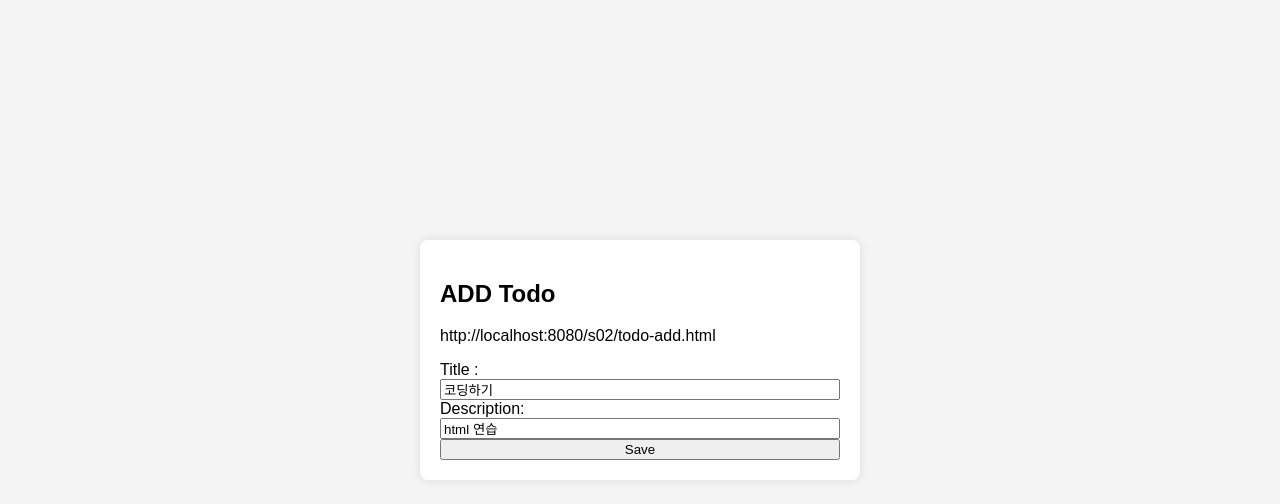
Repository: kimmingyeong225/totalJSP
Page: class_servlet_02/src/main/webapp/todo-add.html
These files come from the project's save history. The page is drawn as it stood at one moment and after the next save; the edit follows.
The browser window is 1280 px wide. The pictures show the whole page.

Above is the page before, as saved 2024-07-01 06:12:32.

After the next save:
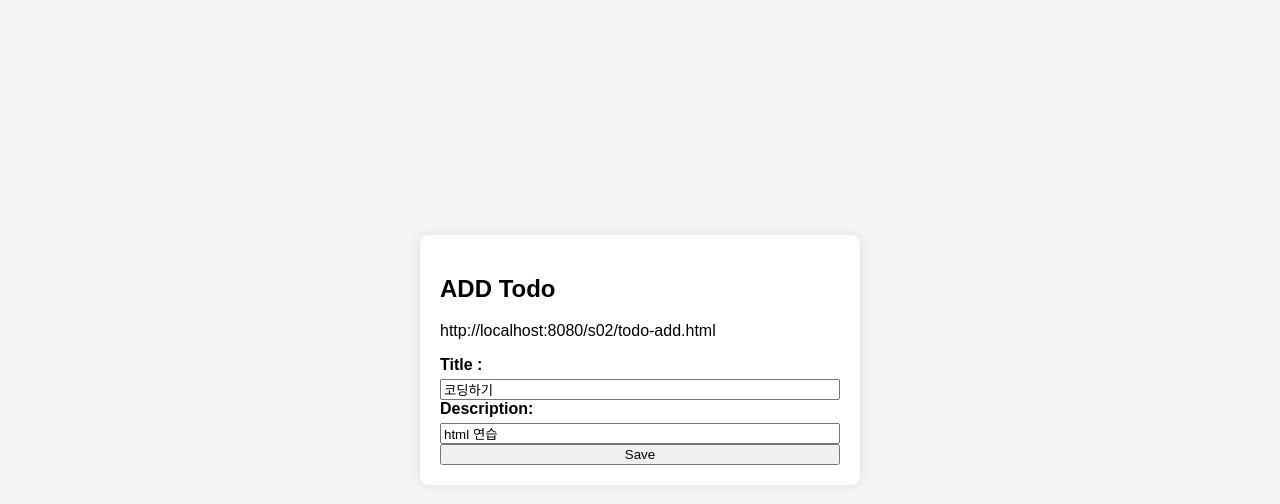
Saved 51 s later.
--- a/class_servlet_02/src/main/webapp/todo-add.html
+++ b/class_servlet_02/src/main/webapp/todo-add.html
@@ -29,6 +29,11 @@
 
 	}
 
+	label {
+		margin-bottom:  5px;
+		font-weight: bold;
+}
+
 </style>
 </head>
 <body>
